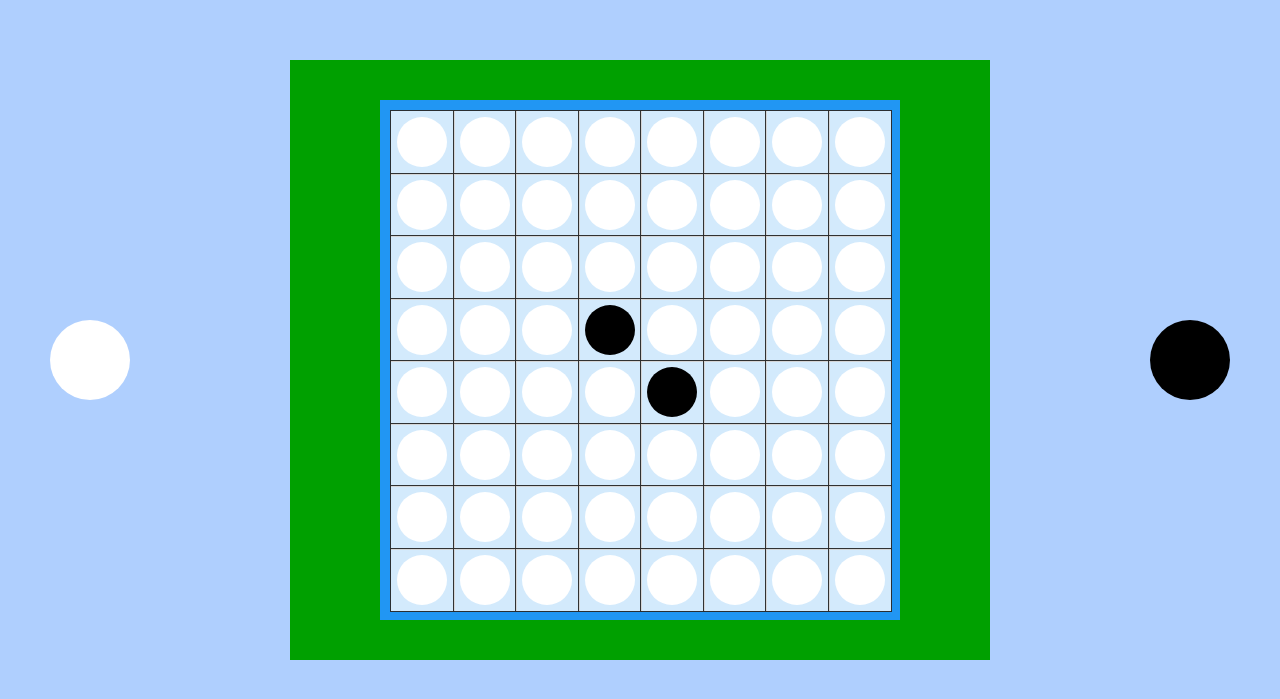
Repository: eliaoucohen72/react-reversi
Page: /
The author's editor kept a copy of each file at every save. The page is drawn from the files as they stood at one save, then again after a run of saves.
The browser window is 1280 px wide. The pictures show the whole page.
The project was rebuilt for these pictures with package versions that can differ from the ones it lists, and the page was loaded fresh each time. Also part of the build but not shown: vite.config.ts.

Above is the page before, as saved 2024-09-05 16:18:37.

### src/App.tsx
import { CSSProperties, useState } from "react";
import style from "./style";

export type Player = "black" | "white";

// Fonction pour vérifier et retourner les pions capturés
const flipPieces = (
  board: string[],
  index: number,
  player: Player
): string[] => {
  const directions = [-1, 1, -8, 8, -9, 9, -7, 7];
  const opponent = player === "black" ? "white" : "black";
  const newBoard = [...board]; // Copier le plateau

  for (const direction of directions) {
    let i = index + direction;
    const toFlip = []; // Pions à retourner

    while (i >= 0 && i < 64 && board[i] === opponent) {
      toFlip.push(i); // Ajouter les positions des pions adverses
      i += direction;
    }

    // Si on trouve un pion du joueur à la fin de la ligne d'adversaires
    if (i >= 0 && i < 64 && board[i] === player) {
      toFlip.forEach((pos) => {
        newBoard[pos] = player; // Retourner les pions
      });
    }
  }

  return newBoard;
};

// Fonction pour vérifier si un coup est valide
const isValidMove = (
  board: string[],
  index: number,
  player: Player
): boolean => {
  if (board[index] !== "empty") return false; // La case doit être vide

  const directions = [-1, 1, -8, 8, -9, 9, -7, 7];
  const opponent = player === "black" ? "white" : "black";

  for (const direction of directions) {
    let i = index + direction;
    let foundOpponent = false;

    while (i >= 0 && i < 64 && board[i] === opponent) {
      i += direction;
      foundOpponent = true;
    }

    // Si un pion du joueur est trouvé après les pions adverses
    if (foundOpponent && i >= 0 && i < 64 && board[i] === player) {
      return true;
    }
  }

  return false;
};

function App() {
  const [currentPlayer, setCurrentPlayer] = useState<Player>("black");
  const [board, setBoard] = useState<string[]>(() => initBoard());

  // Initialiser le plateau avec les pions de départ
  function initBoard(): string[] {
    const initialBoard = Array(64).fill("empty");
    initialBoard[27] = "black";
    initialBoard[28] = "white";
    initialBoard[35] = "white";
    initialBoard[36] = "black";
    return initialBoard;
  }

  const handleClick = (i: number) => {
    if (isValidMove(board, i, currentPlayer)) {
      let newBoard = [...board];
      newBoard[i] = currentPlayer; // Placer le pion
      newBoard = flipPieces(newBoard, i, currentPlayer); // Retourner les pions
      setBoard(newBoard); // Mettre à jour le plateau

      // Passer au joueur suivant
      setCurrentPlayer(currentPlayer === "black" ? "white" : "black");
    } else {
      console.log("Coup invalide");
    }
  };

  return (
    <div style={style.wrapper as CSSProperties}>
      <div style={style.whitePlayer as CSSProperties} />
      <div style={style.blackPlayer as CSSProperties} />
      <div style={style.subWrapper as CSSProperties}>
        <div style={style.gridContainer}>
          {board.map((cell, i) => (
            <div style={style.item as CSSProperties} key={i}>
              {console.log(cell)}
              <div onClick={() => handleClick(i)} style={style.coin(cell)} />
            </div>
          ))}
        </div>
      </div>
    </div>
  );
}

export default App;

### src/style.ts
import { Player } from "./App";

const styles = {
  wrapper: {
    width: "100vw",
    height: "100vh",
    backgroundColor: "#afcffe",
    position: "relative",
  },
  whitePlayer: {
    position: "absolute",
    width: "80px",
    height: "80px",
    top: "50%",
    left: "0%",
    transform: "translate(0%, -50%)",
    backgroundColor: "#ffffff",
    borderRadius: "40px",
    marginLeft: "50px",
  },
  blackPlayer: {
    position: "absolute",
    width: "80px",
    height: "80px",
    top: "50%",
    right: "0%",
    transform: "translate(0%, -50%)",
    backgroundColor: "#000000",
    borderRadius: "40px",
    marginRight: "50px",
  },
  subWrapper: {
    position: "absolute",
    width: "700px",
    height: "600px",
    backgroundColor: "#00a000",
    top: "50%",
    left: "50%",
    transform: "translate(-50%, -50%)",
    display: "flex",
    alignItems: "center",
    justifyContent: "center",
  },
  gridContainer: {
    display: "grid",
    gridTemplateColumns: "repeat(8, 12.5%)",
    backgroundColor: "#2196f3",
    padding: "10px",
    width: "500px",
    height: "500px",
  },
  item: {
    backgroundColor: "rgba(255, 255, 255, 0.8)",
    border: "1px solid rgba(0, 0, 0, 0.8)",
    textAlign: "center",
    fontSize: "16px",
    display: "flex",
    alignItems: "center",
    justifyContent: "center",
    height: "100%",
    width: "100%",
  },
  coin: (currentPlayer: Player) => ({
    backgroundColor:
      currentPlayer === "black" ? "rgba(0, 0, 0)" : "rgba(255, 255, 255)",
    height: "80%",
    width: "80%",
    borderRadius: "30px",
  }),
  empty: {
    height: "80%",
    width: "80%",
    borderRadius: "30px",
  },
};

export default styles;

Loaded but not shown: index.html (common file); src/main.tsx (common file); src/index.css (common file)

After the next 6 saves:
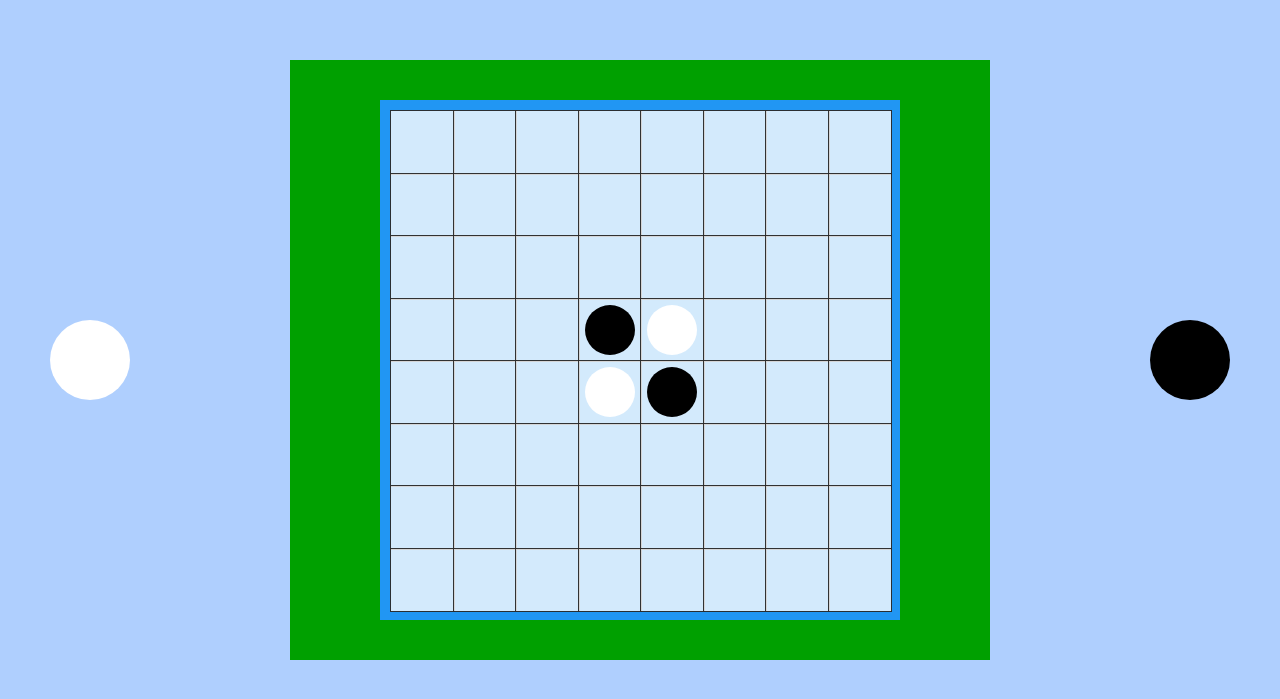
The 6 saves are shown as one change because 1 did not build or start and some came seconds apart.
The last was saved 46 s later.
--- a/src/style.ts
+++ b/src/style.ts
@@ -62,7 +62,11 @@ const styles = {
   },
   coin: (currentPlayer: Player) => ({
     backgroundColor:
-      currentPlayer === "black" ? "rgba(0, 0, 0)" : "rgba(255, 255, 255)",
+      currentPlayer === "black"
+        ? "rgba(0, 0, 0)"
+        : currentPlayer === "white"
+        ? "rgba(255, 255, 255)"
+        : "transparent",
     height: "80%",
     width: "80%",
     borderRadius: "30px",
